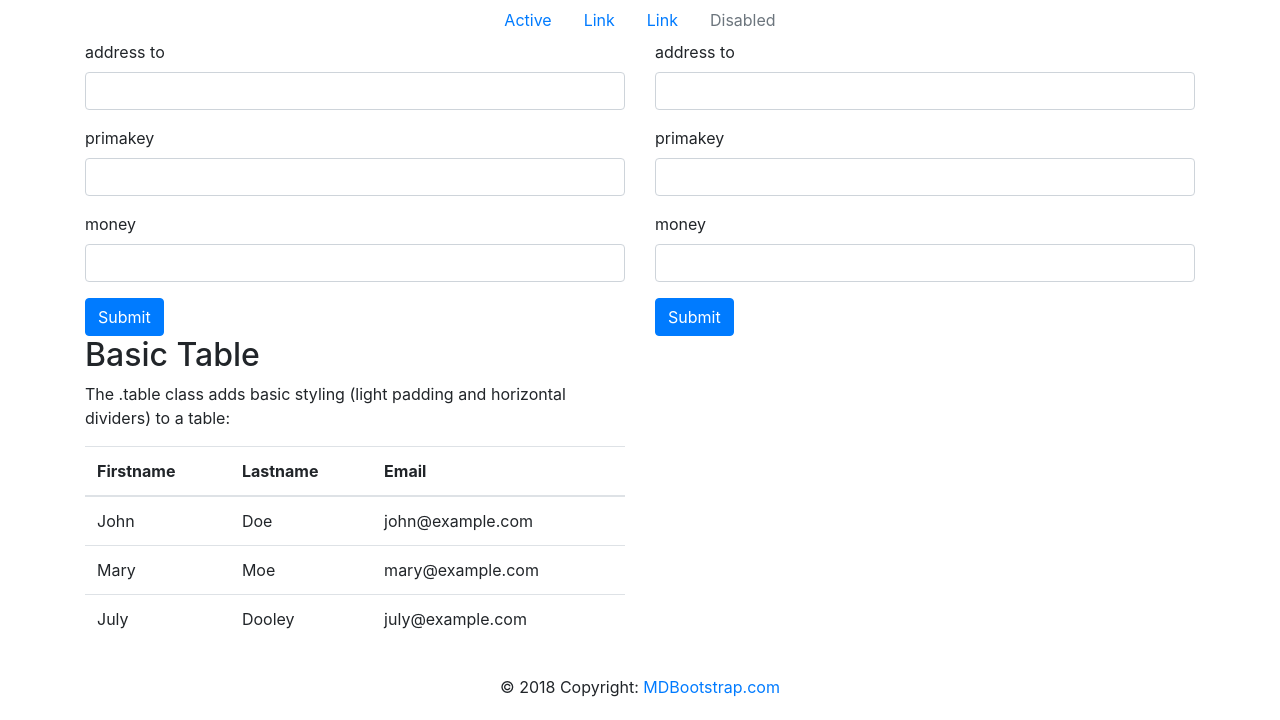
Repository: tienvins/vinsofts-blockchain-training-Oct2018
Page: http://localhost/
These files come from the project's save history. The page is drawn as it stood at one moment and after the next save; the edit follows.
The browser window is 1280 px wide. The pictures show the whole page.
The page is served by the project's Node server (index.js).

Above is the page before, as saved 2018-11-06 09:38:52.

After the next save:
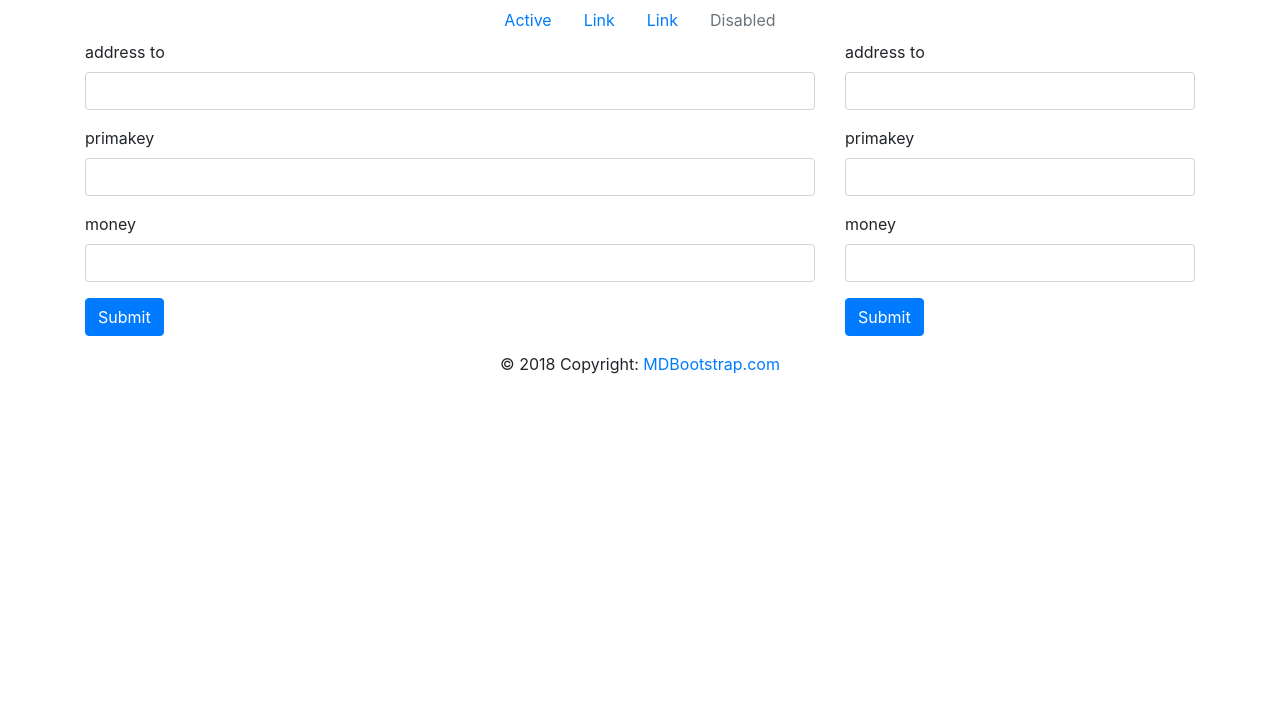
Saved 16 s later.
--- a/tunglt/dappbetting/views/home/index.ejs
+++ b/tunglt/dappbetting/views/home/index.ejs
@@ -3,7 +3,7 @@
 
 <div class="container">
   <div class="row">
-    <div class="col-md-6">
+    <div class="col-md-8">
       <form method="POST" action="transfer">
         <div class="form-group">
           <label>address to</label>
@@ -20,36 +20,9 @@
         <button type="submit" class="btn btn-primary">Submit</button>
       </form>
 
-      <h2>Basic Table</h2>
-  <p>The .table class adds basic styling (light padding and horizontal dividers) to a table:</p>
-  <table class="table">
-    <thead>
-      <tr>
-        <th>Firstname</th>
-        <th>Lastname</th>
-        <th>Email</th>
-      </tr>
-    </thead>
-    <tbody>
-      <tr>
-        <td>John</td>
-        <td>Doe</td>
-        <td>john@example.com</td>
-      </tr>
-      <tr>
-        <td>Mary</td>
-        <td>Moe</td>
-        <td>mary@example.com</td>
-      </tr>
-      <tr>
-        <td>July</td>
-        <td>Dooley</td>
-        <td>july@example.com</td>
-      </tr>
-    </tbody>
-  </table>
+
     </div>
-    <div class="col-md-6">
+    <div class="col-md-4">
       <form method="POST" action="transfer">
         <div class="form-group">
           <label>address to</label>
